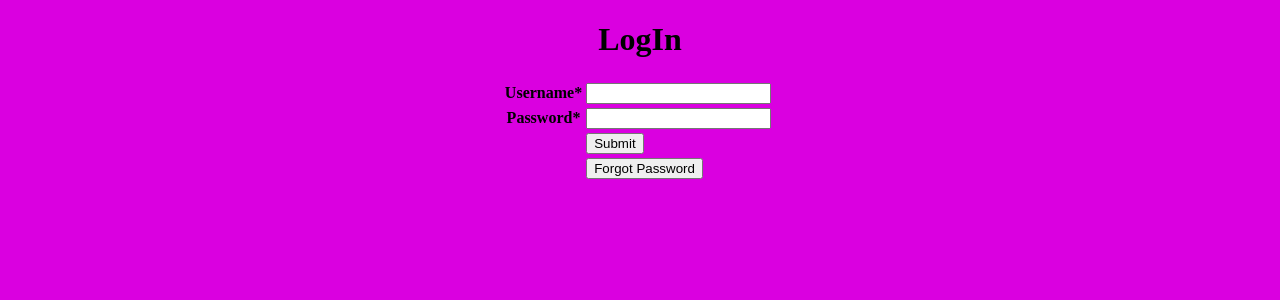
Repository: raviraj226/AdvanceJava
Page: http://localhost/Ravi_Maven/LoginWeb.jsp
These files come from the project's save history. The page is drawn as it stood at one moment and after the next save; the edit follows.
The browser window is 1280 px wide. The pictures show the whole page.
The page is served by Tomcat 9.

Above is the page before, as saved 2022-03-16 07:11:49.

After the next save:
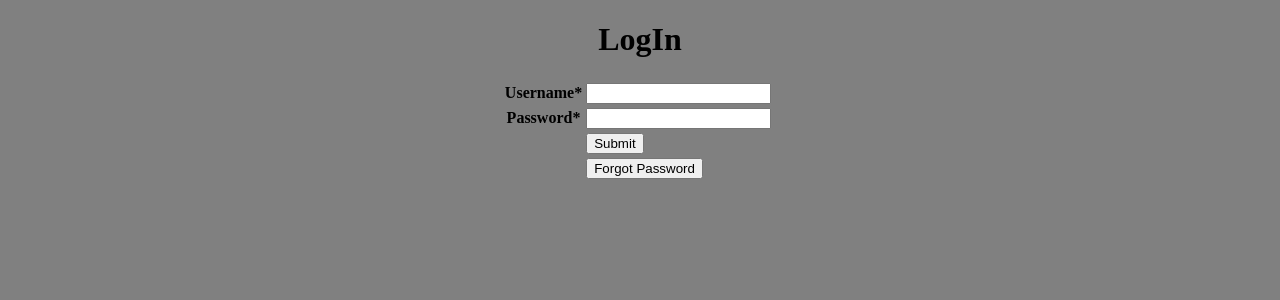
Saved 17 s later.
--- a/Advance Java/Ravi_Maven/src/main/webapp/LoginWeb.jsp
+++ b/Advance Java/Ravi_Maven/src/main/webapp/LoginWeb.jsp
@@ -6,7 +6,7 @@
 <meta charset="ISO-8859-1">
 <title>Insert title here</title>
 </head>
-<body bgcolor="dark green">
+<body bgcolor="grey">
 	<form action="LoginCtl" method="post">
 		<table align="center">
 
